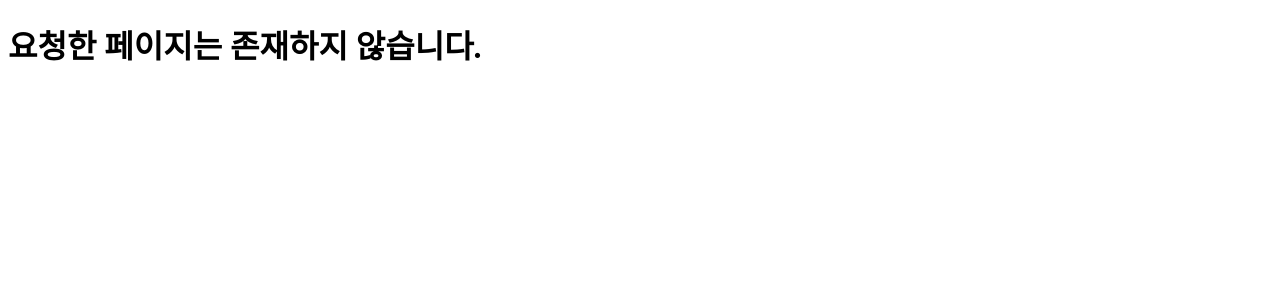
Repository: papepopopy/javascript
Page: http://localhost/webjsp/error/error_500.jsp
The author's editor kept a copy of each file at every save. The page is drawn from the files as they stood at one save, then again after the next save.
The browser window is 1280 px wide. The pictures show the whole page.
The page is served by Tomcat 9. Nobody is signed in. The application's start-up code is not run. Other server files are loaded and not shown.

Above is the page before, as saved 2024-07-04 07:01:54.

### jspStudy/jspStudy/webjsp/src/main/webapp/error/error_500.jsp
<%@ page language="java" contentType="text/html; charset=UTF-8"
	isErrorPage="true"
    pageEncoding="UTF-8"%>

<!DOCTYPE html>
<html>
<head>
<meta charset="UTF-8">
<title>500 에러 페이지(web.xml에서 처리)</title>
</head>
<body>
	<h1>요청한 페이지는 존재하지 않습니다.</h1>
</body>
</html>

After the next save:
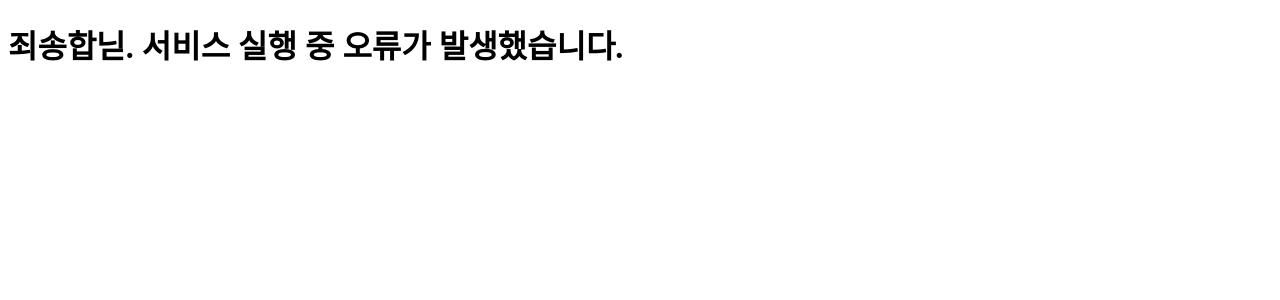
Saved 30 s later.
--- a/jspStudy/jspStudy/webjsp/src/main/webapp/error/error_500.jsp
+++ b/jspStudy/jspStudy/webjsp/src/main/webapp/error/error_500.jsp
@@ -9,6 +9,6 @@
 <title>500 에러 페이지(web.xml에서 처리)</title>
 </head>
 <body>
-	<h1>요청한 페이지는 존재하지 않습니다.</h1>
+	<h1>죄송합닏. 서비스 실행 중 오류가 발생했습니다.</h1>
 </body>
 </html>
